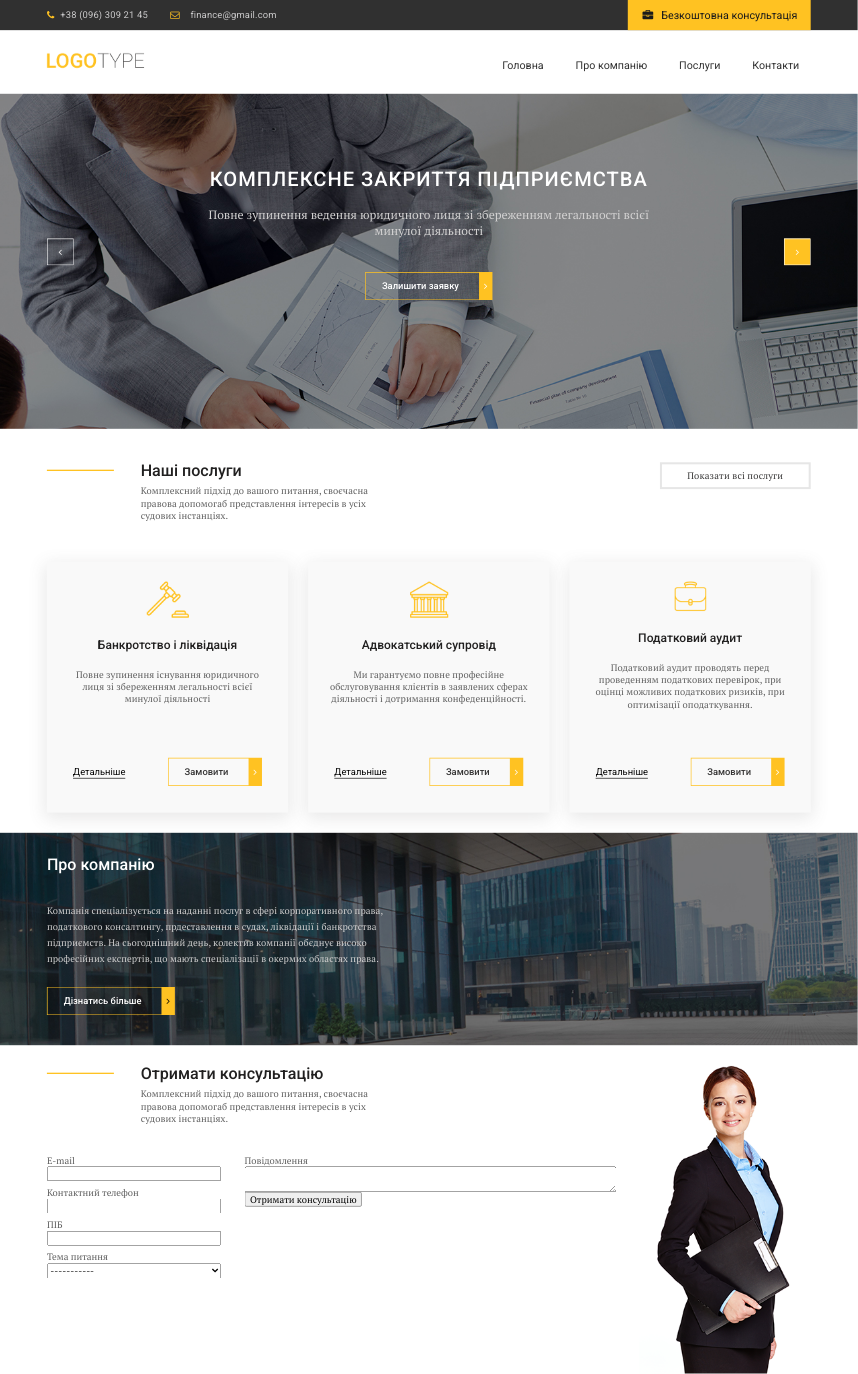
Repository: oliachipko/companysait
Page: index.html
An editor plug-in stored every save of this project. The page is shown before and after the next save, followed by the edit.
The browser window is 1280 px wide. The pictures show the whole page, at 67% of full size.

Above is the page before, as saved 2020-11-20 04:07:30.

After the next save:
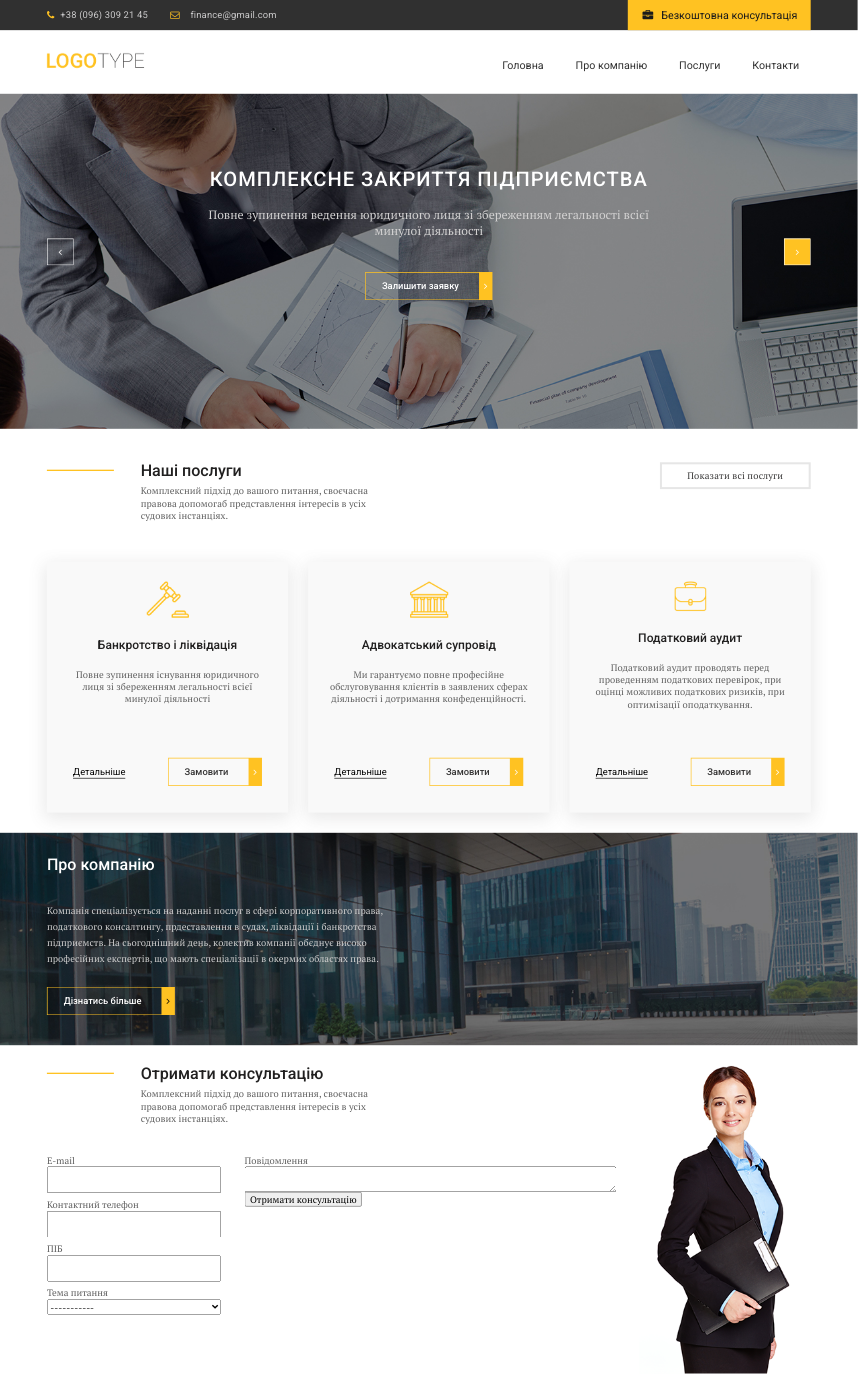
Saved 65 s later.
--- a/css/style.css
+++ b/css/style.css
@@ -364,4 +364,5 @@ header {
 .form__box-inner input{
     margin-bottom: 8px;
     outline: none;
-}
+    height: 40px;
+}
